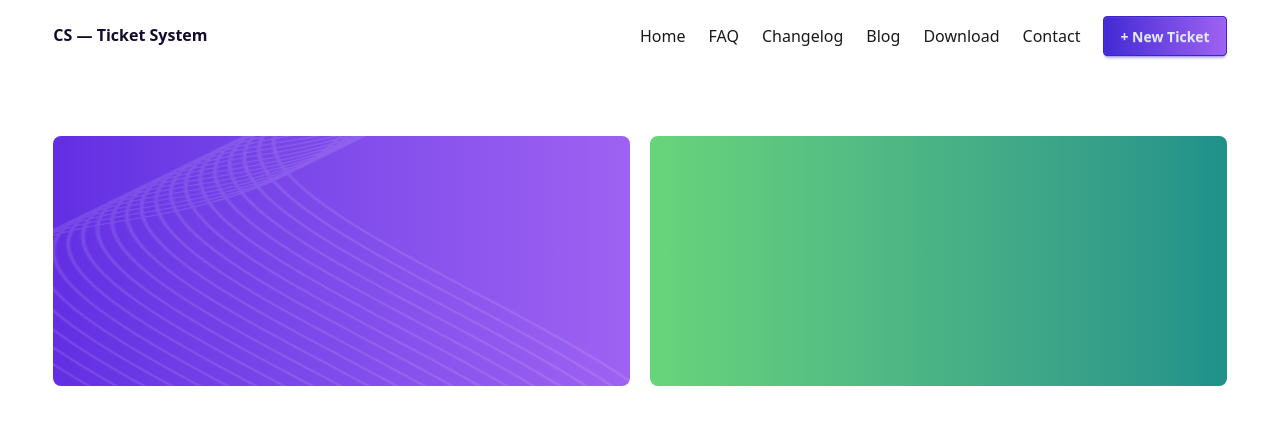
Repository: SanjidaSnigdha/Customer-Support-Zone
Page: /
These files come from the project's save history. The page is drawn as it stood at one moment and after the next save; the edit follows.
The browser window is 1280 px wide. The pictures show the whole page.
The project was rebuilt for these pictures with package versions that can differ from the ones it lists, and the page was loaded fresh each time. Also part of the build but not shown: vite.config.js, src/App.css.

Above is the page before, as saved 2026-03-24 02:01:27.

After the next save:
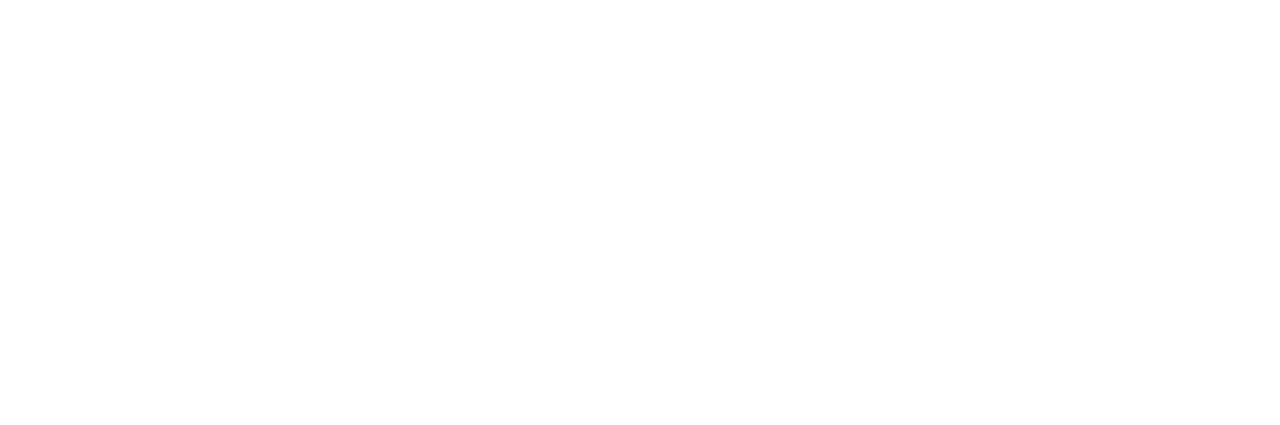
Console error (its wording comes from the project's code and is left out).
Saved 87 s later.
--- a/src/component/Banner/Banner.jsx
+++ b/src/component/Banner/Banner.jsx
@@ -7,6 +7,7 @@
         <div className='flex justify-between w-11/12 mx-auto mt-20 gap-5'>
             <div className='relative'>
              <img src={vectorImg1} alt="" className=' bg-gradient-to-r from-[#632EE3] to-[#9F62F2] w-[700px] h-[250px] rounded-[8px]'/>
+             <p className='absolute inset-0'>In-Progress<br>0</br></p>
 
             </div>
             <img src={vectorImg2} alt="" className='bg-gradient-to-r from-[#54CF68] to-[#00827A] w-[700px] h-[250px] rounded-[8px]'/>

After the save that followed:
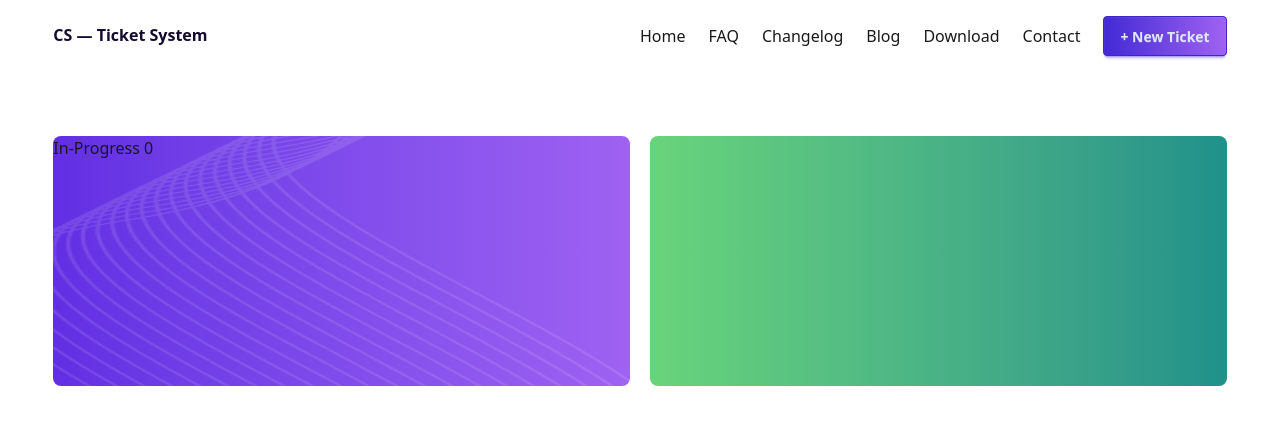
The error is gone.
Saved 45 s later.
--- a/src/component/Banner/Banner.jsx
+++ b/src/component/Banner/Banner.jsx
@@ -7,7 +7,7 @@
         <div className='flex justify-between w-11/12 mx-auto mt-20 gap-5'>
             <div className='relative'>
              <img src={vectorImg1} alt="" className=' bg-gradient-to-r from-[#632EE3] to-[#9F62F2] w-[700px] h-[250px] rounded-[8px]'/>
-             <p className='absolute inset-0'>In-Progress<br>0</br></p>
+             <p className='absolute inset-0'>In-Progress 0</p>
 
             </div>
             <img src={vectorImg2} alt="" className='bg-gradient-to-r from-[#54CF68] to-[#00827A] w-[700px] h-[250px] rounded-[8px]'/>
